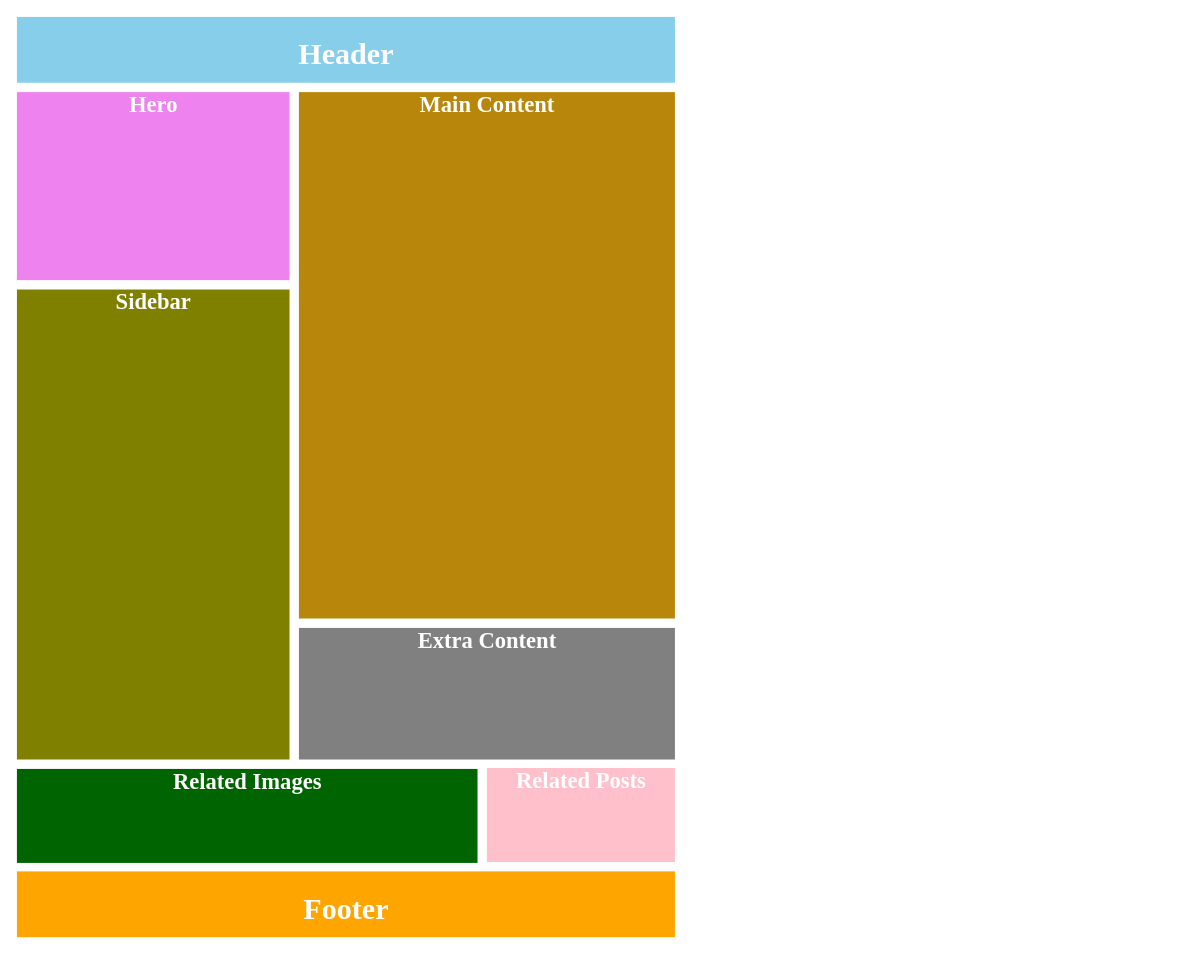
Repository: harshitanthal1/assignments_avisoft
Page: 01-02-2024/assignment_2/index.html
An editor plug-in stored every save of this project. The page is shown before and after the next save, followed by the edit.
The browser window is 1280 px wide. The pictures show the whole page, at 94% of full size.

Above is the page before, as saved 2024-02-01 18:34:13.

### 01-02-2024/assignment_2/index.html
<!DOCTYPE html>
<html lang="en">
<head>
    <meta charset="UTF-8">
    <meta name="viewport" content="width=device-width, initial-scale=1.0">
    <title>Assignment 2</title>
    <link rel="stylesheet" href="styles/styles.css" />
</head>
<body>
    <div id="main-sec">
       <div id="header"><h1>Header</h1></div>
       <div id="main">
           <div id="sec1"><h2>Hero</h2></div>
           <div id="sec2"><h2>Main Content</h2></div>
           <div id="sec3"><h2>Sidebar</h2></div>
           <div id="sec4"><h2>Extra Content</h2></div>
           <div id="sec5"><h2>Related Images</h2></div>
           <div id="sec6"><h2>Related Posts</h2></div>
       </div>
       <div id="footer"><h1>Footer</h1></div>
    </div>
</body>
</html>

### 01-02-2024/assignment_2/styles/styles.css
#main-sec {
    display: flex;
    width: 700px;
    height: 1000px;
    color: white;
    flex-direction: column;
    text-align: center;
    padding: 10px;
}

#header {
    background-color: skyblue;
    width: 700px;
    height: 70px;
    margin-bottom: -10px;
}

#sec1 {
    background-color: violet;
    width: 290px;
    height: 200px;
    margin-right: 10px;
}

#sec2 {
    background-color: darkgoldenrod;
    width: 400px;
    height: 560px;
    margin-left: 300px;
    margin-top: -220px;
}

#sec3 {
    background-color: olive;
    width: 290px;
    height: 500px;
    margin-top: -370px;
}

#sec4 {
    background-color: grey;
    width: 400px;
    height: 140px;
    margin-left: 300px;
    margin-top: -160px;
}

#sec5 {
    background-color: darkgreen;
    width: 490px;
    height: 100px;
    margin-top: -10px;
}

#sec6 {
    background-color: pink;
    width: 200px;
    height: 100px;
    margin-left: 500px;
    margin-top: -120px;
}

#footer {
    background-color: orange;
    width: 700px;
    height: 70px;
    margin-top: 10px;
}

After the next save:
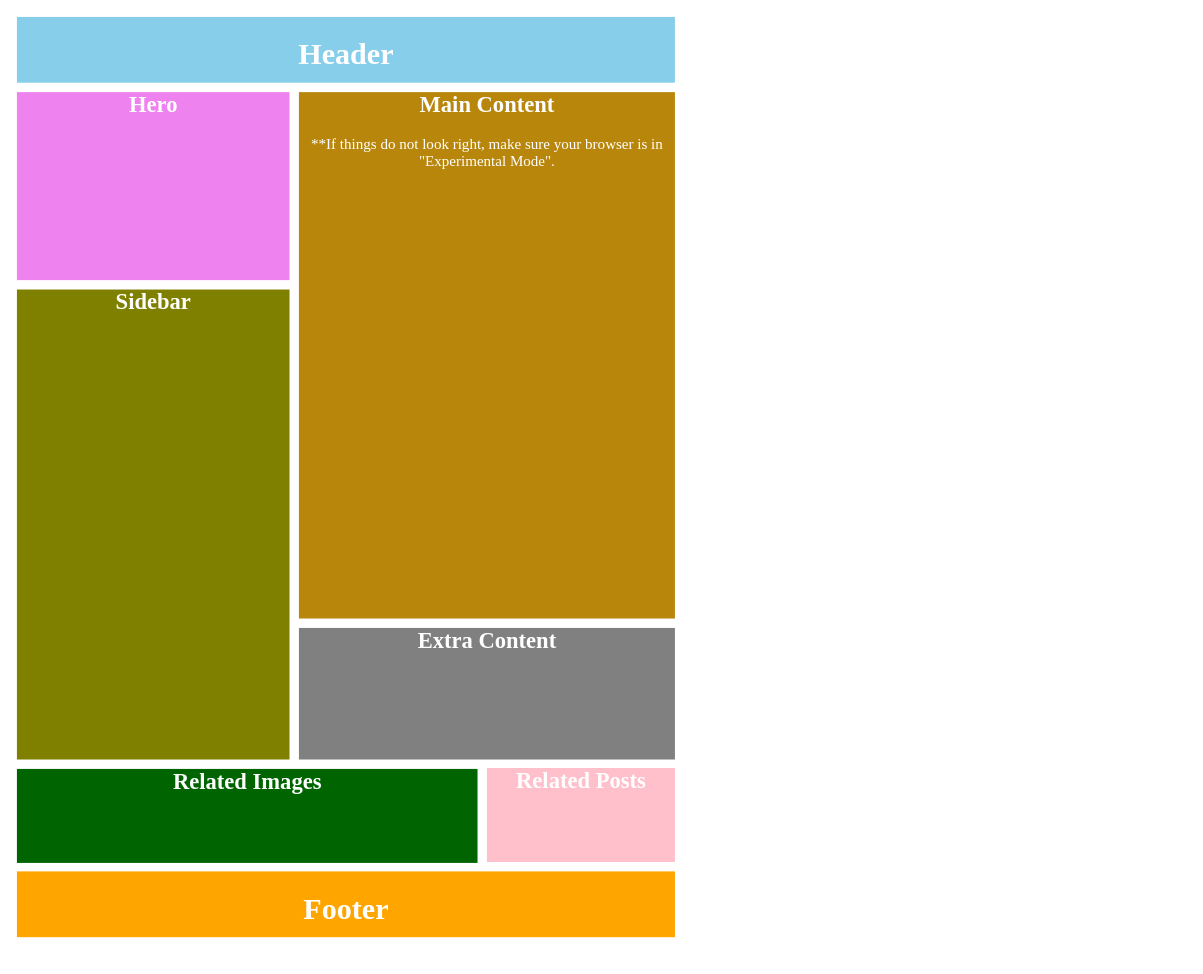
Saved 2 min 0 s later.
--- a/01-02-2024/assignment_2/index.html
+++ b/01-02-2024/assignment_2/index.html
@@ -11,7 +11,12 @@
        <div id="header"><h1>Header</h1></div>
        <div id="main">
            <div id="sec1"><h2>Hero</h2></div>
-           <div id="sec2"><h2>Main Content</h2></div>
+           <div id="sec2">
+               <h2>Main Content</h2>
+               <p>
+                **If things do not look right, make sure your browser is in "Experimental Mode".
+               </p>
+           </div>
            <div id="sec3"><h2>Sidebar</h2></div>
            <div id="sec4"><h2>Extra Content</h2></div>
            <div id="sec5"><h2>Related Images</h2></div>
